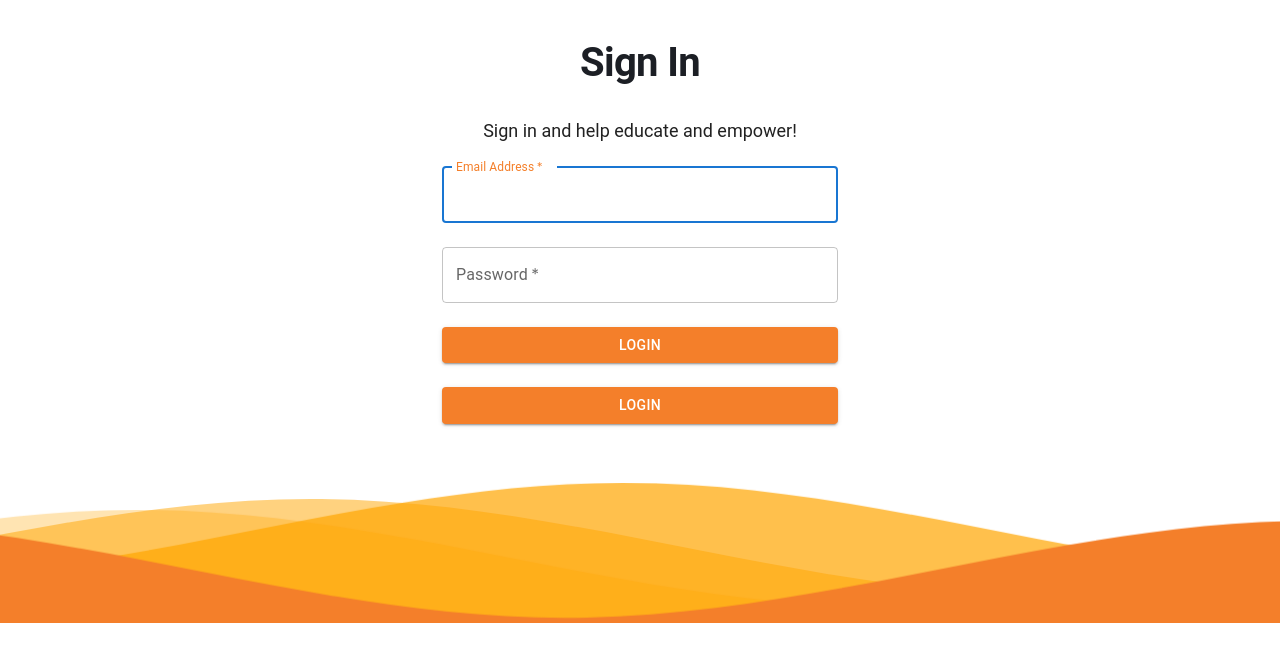
Repository: shubhampirate/Google_Solutions_Edural
Page: /
These files come from the project's save history. The page is drawn as it stood at one moment and after the next save; the edit follows.
The browser window is 1280 px wide. The pictures show the whole page.
The project was rebuilt for these pictures with package versions that can differ from the ones it lists, and the page was loaded fresh each time. Some packages were replaced by stand-ins written for this rebuild. Also part of the build but not shown: src/Components/CustomButton.jsx, src/Components/Navbar.jsx, src/Components/Footer.jsx, src/Components/CongratsCard.jsx, src/pages/Hero/Hero.jsx.

Above is the page before, as saved 2024-02-02 20:57:21.

After the next save:
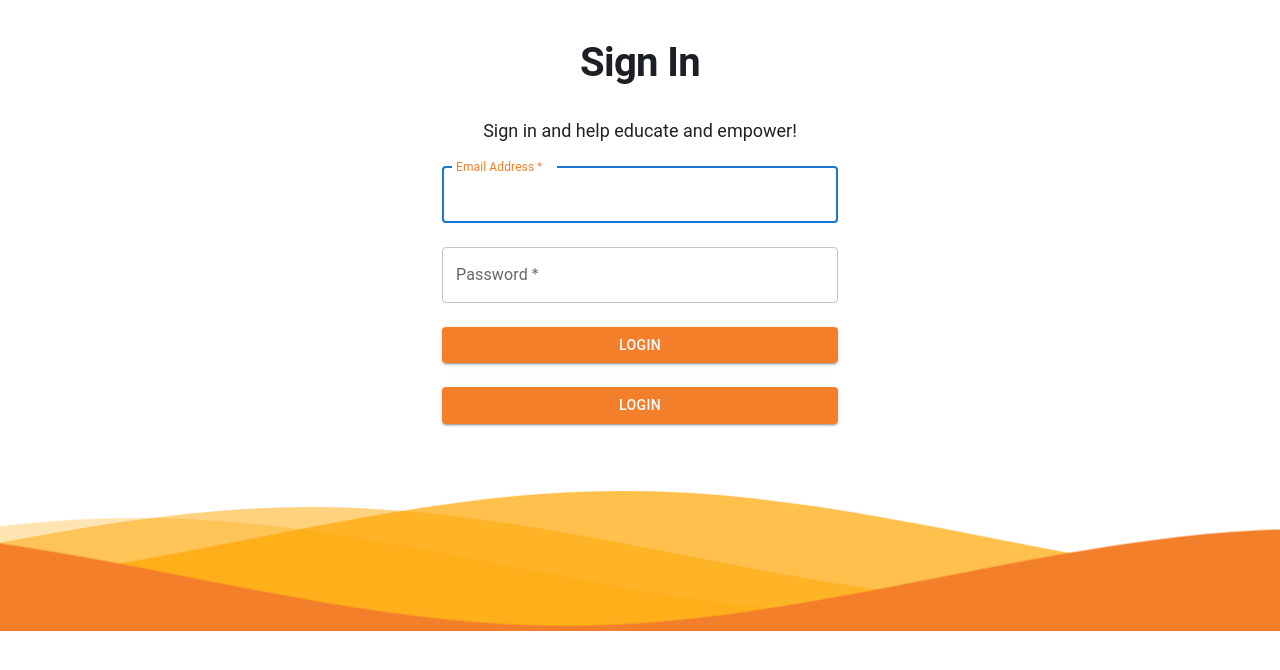
Saved 10 s later.
--- a/src/pages/Sign_in.jsx
+++ b/src/pages/Sign_in.jsx
@@ -254,7 +254,7 @@ export default function SignIn() {
 
             sx={{
               mt: 2,
-              mb: 1,
+              mb: 2,
               backgroundColor: "#F47F2A", // Background color on hover
                 color: "#fff", // Text color on hover
                 // borderColor: "#F47F2A", //
